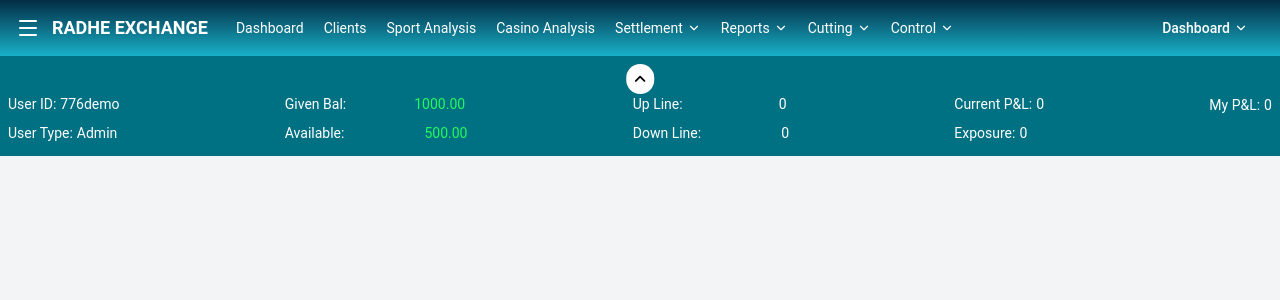
Repository: Habeebur1493/Radhe-Exchange
Page: /dashboard (app in frontend/), after clicking the first element matching `div.cursor-pointer`
The author's editor kept a copy of each file at every save. The page is drawn from the files as they stood at one save, then again after the next save.
The browser window is 1280 px wide. The pictures show the whole page.
Some web libraries are served in a nearby version. The project was rebuilt for these pictures with package versions that can differ from the ones it lists, and the page was loaded fresh each time. Also part of the build but not shown: frontend/vite.config.js, frontend/src/components/login.jsx, frontend/src/components/Register.jsx.

Above is the page before, as saved 2025-03-04 11:29:21.

After the next save:
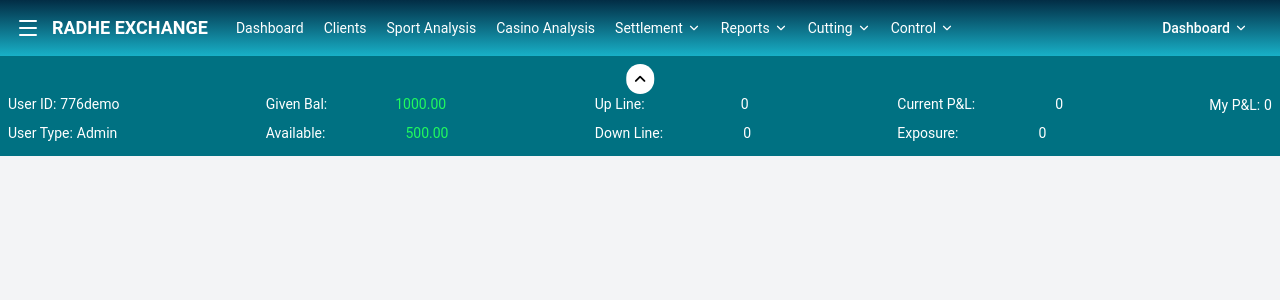
Saved 29 s later.
--- a/frontend/src/components/dashboard.jsx
+++ b/frontend/src/components/dashboard.jsx
@@ -248,8 +248,8 @@ const Dashboard = () => {
             </div>
 
             <div className="flex flex-col text-center gap-2">
-              <h4 className="flex">Current P&L: <span className="ml-1">0</span></h4>
-              <h4 className="flex">Exposure: <span className="ml-1">0</span></h4>
+              <h4 className="flex">Current P&L: <span className="ml-20">0</span></h4>
+              <h4 className="flex">Exposure: <span className="ml-20">0</span></h4>
             </div>
 
             <div className="flex flex-col text-center gap-2 mb-7">
